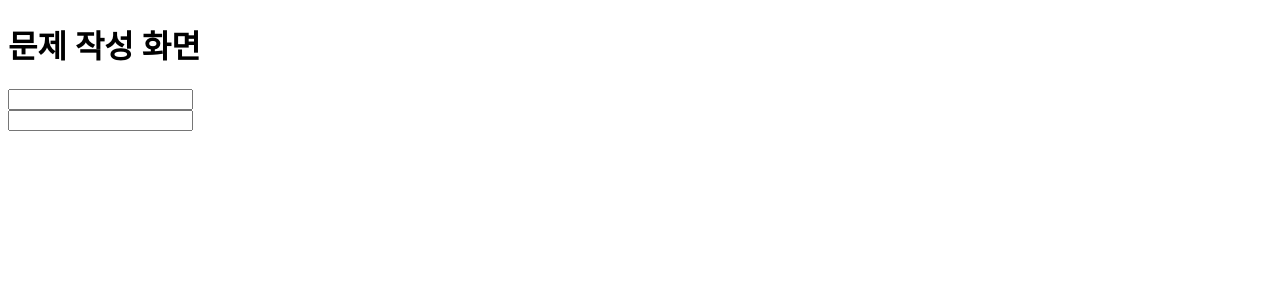
Repository: ryuhm48/Opensource-Project05
Page: http://localhost/Problems/Problems/ProblemWrite.jsp
An editor plug-in stored every save of this project. The page is shown before and after the next save, followed by the edit.
The browser window is 1280 px wide. The pictures show the whole page.
The page is served by Tomcat 9. Other server files are loaded and not shown.

Above is the page before, as saved 2019-06-02 01:15:26.

### 문제 풀이 제출 추가/Problems/WebContent/Problems/ProblemWrite.jsp
<%@ page language="java" contentType="text/html; charset=UTF-8"
pageEncoding="UTF-8"%>

<!DOCTYPE html PUBLIC "-//W3C//DTD HTML 4.01Transitional//EN" "http://www.w3.org/TR/html4/loose.dtd">
<html>
<head>
<meta http-equiv="Content-Type" content = text/html; charset="UTF-8">
<title>문제 작성</title>
</head>
<body>
	<h1>문제 작성 화면</h1>

	<form action = "write.do" method = "post">
		<input type = "text" name = "studyNum"><br/>
		<input type = "text" name = "problemNum2"><br/>

	</form>
</body>
</html>

After the next save:
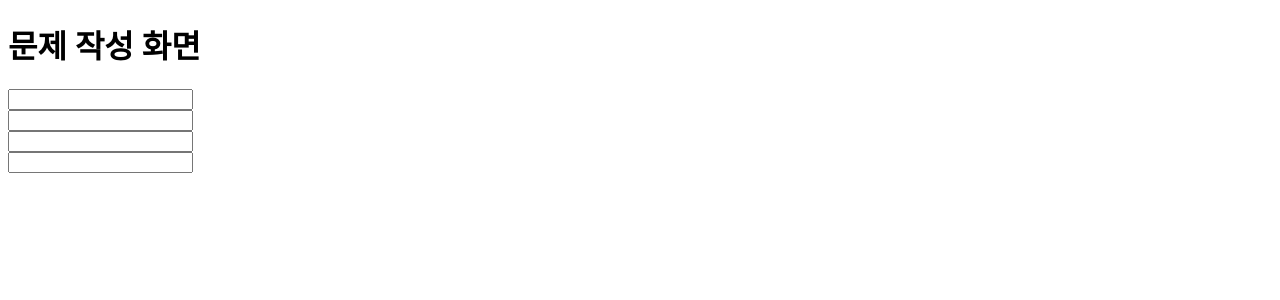
Saved 14 s later.
--- a/문제 풀이 제출 추가/Problems/WebContent/Problems/ProblemWrite.jsp
+++ b/문제 풀이 제출 추가/Problems/WebContent/Problems/ProblemWrite.jsp
@@ -13,7 +13,8 @@
 	<form action = "write.do" method = "post">
 		<input type = "text" name = "studyNum"><br/>
 		<input type = "text" name = "problemNum2"><br/>
-
+		<input type = "text" name = "problemName"><br/>
+		<input type = "text" name = "problemName"><br/>
 	</form>
 </body>
 </html>
